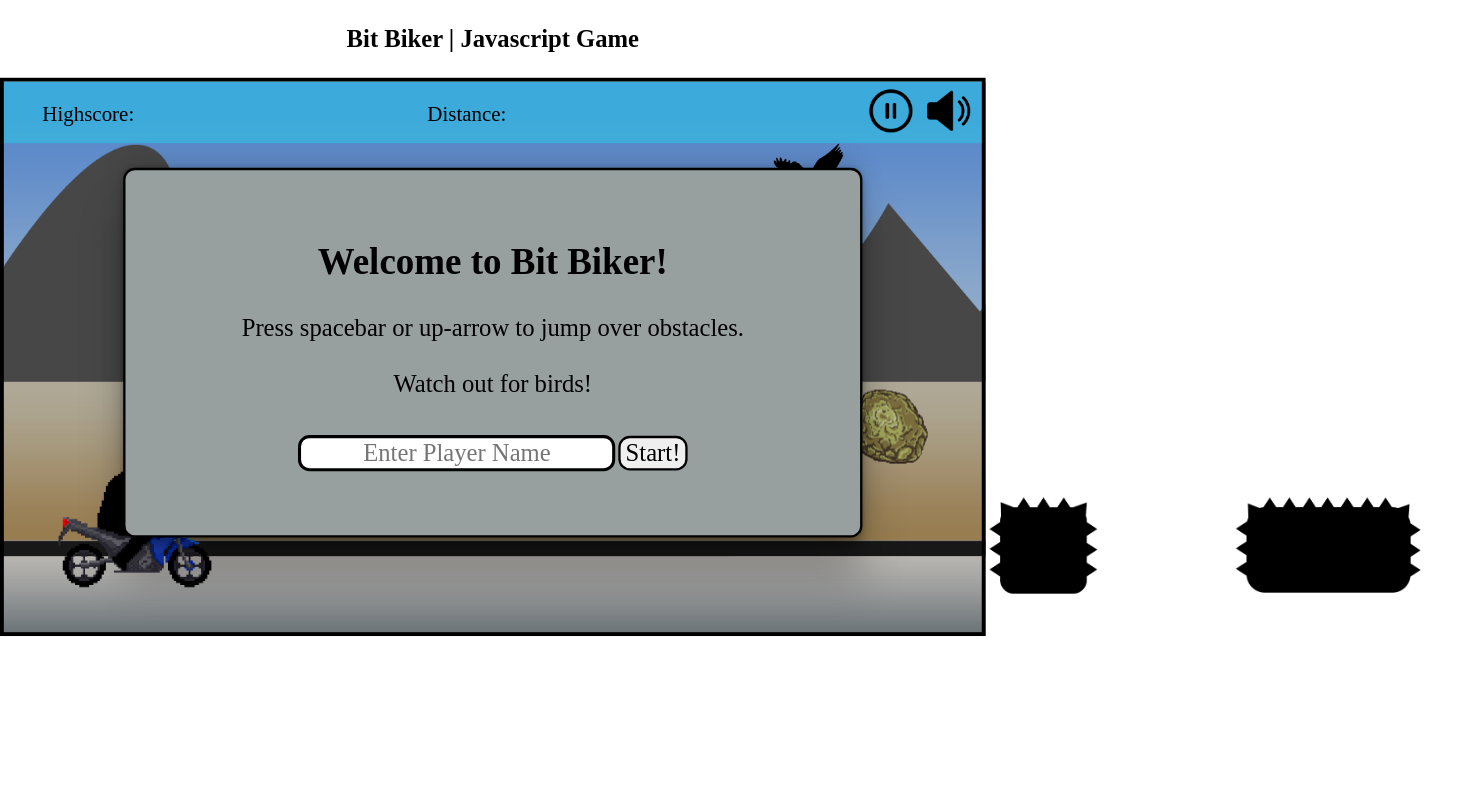
Repository: jellymel0n/bit-biker
Page: index.html
The author's editor kept a copy of each file at every save. The page is drawn from the files as they stood at one save, then again after the next save.
The browser window is 1280 px wide. The page is 1845 px wide, then 1895 px, so the pictures cover 1895 px, including what lies to the right of the window. The pictures show the whole page, at 77% of full size.

Above is the page before, as saved 2021-07-07 14:42:34.

### index.html
<!DOCTYPE html>
<html lang="en">
<head>
    <meta charset="UTF-8">
    <meta http-equiv="X-UA-Compatible" content="IE=edge">
    <meta name="viewport" content="width=device-width, initial-scale=1.0">
    <!-- CSS reset/normalize -->
    <link rel="stylesheet" href="styles/normalize-fwd.css">
    <!-- Local CSS -->
    <link rel="stylesheet" href="styles/styles.css">
    <title>Bit Biker | Javascript Game</title>
</head>
<body>
    <h1>Bit Biker | Javascript Game</h1>

    <main id="game-board">
        <div id="song">
            <audio id='song-playback' currentTime=''>
                <source src="assets/music/run-song.mp3" type="audio/mp3" />
                Your browser does not support audio playback
            </audio>
        </div>
        <!-- Game board header -->
        <div id='game-header'>
            <p id='highscore-text'>Highscore: </p>
            <p id='distance-text'>Distance: </p>
            <div id='btn-pause'>
                <img src="assets/graphics/icons/pause.png" alt="pause button, circle around a pause icon">
            </div>
            <div id='btn-volume'>
                <img src="assets/graphics/icons/volume.png" alt="volume button, speaker icon">
            </div>
            <div id="btn-mute">
                <img src='assets/graphics/icons/mute.png' alt='mute button, speaker icon crossed out'>
            </div>
        </div>
        <!-- End of game board header -->

        <!-- Splash screen - intro -->
        <div id='splash-screen'>
            <h2 id='splash-header'>Welcome to Bit Biker!</h2>
            <p id='splash-text'>Press spacebar or up-arrow to jump over obstacles.<br><br>Watch out for birds!</p>

            <div id="splashInput">
                <input id='player-name' type='text' placeholder='Enter Player Name'>
                <button id='savePlayer'>Start!</button>
            </div>
        </div>
        <!-- End of splash screen -->

        <!-- Pause Screen -->
        <div id="pause-screen">
            <h2>Game Paused</h2>
            <p id='pause-text'>
                To get gameplay instructions click the "Help" button<br>
                To quit the game and go back to the splash screen click "Quit".<br>
                To go back to the game, click "X" in the top corner.</p>
            <div id="pause-close">
                <img src="assets/graphics/icons/remove.png" alt="Close icon, an X with a circle around it.">
            </div>
            <div id="pause-btns">
                <div id="help-btn">
                    <p id="help-btn-text">Help</p>
                </div>
                <div id="quit-btn">
                    <p id="quit-text">Quit</p>
                </div>
            </div>
        </div>
        <!-- End of Pause Screen -->

        <!-- Help Screen -->
        <div id="help-screen">
            <h2>Gameplay Instructions</h2>
            <p id='help-text'>
                Press the spacebar or up arrow to jump, hold to jump higher.<br>
                Avoid obstacles in the road as well as birds flying above.<br>
                Rocks cannot hurt you, only spiked blocks and birds can.
                <br>
                To mute click the speaker icon in the top corner.
            </p>
            <div id="help-btns">
                <div id="resume-btn">
                    <p>Resume</p>
                </div>
                <div id="help-quit-btn">
                    <p id="quit-text">Quit</p>
                </div>
            </div>
        </div>
        <!-- End of Help Screen -->

    </main>

<!-- jQuery CDN script-->
<script src="https://code.jquery.com/jquery-3.6.0.min.js" integrity="sha256-/xUj+3OJU5yExlq6GSYGSHk7tPXikynS7ogEvDej/m4=" crossorigin="anonymous"></script>
<!-- Local JS script -->
<script src='scripts/script.js'></script>
</body>
</html>

### styles/styles.css
h1 {
    text-align: center;
    margin: 2rem auto;
}

#game-board {
    width: 80rem;
    height: 725px;
    border: 5px solid black;
    /* border-radius: 10%; */
    margin: 0 auto;
    position: relative;
    /* overflow: hidden; */
}

/* Game board header */
div#game-header {
    display: flex;
    justify-content: space-around;
    width: 100%;
    height: 5rem;
    background-color: rgba(1, 255, 255, 0.297);

}

#highscore-text,
#distance-text {
    position: absolute;
}

#highscore-text {
    font-size: 1.7rem;
    left: 50px;
}

#distance-text {
    font-size: 1.7rem;
    left: 550px;
}

#btn-pause img {
    position: absolute;
    width: 3.5rem;
    right: 90px;
    top: 10px;
}

#btn-pause img:hover {
    transform: scale(1.1);
    cursor: pointer;
}

#btn-volume img,
#btn-mute img {
    position: absolute;
    width: 3.5rem;
    right: 15px;
    top: 10px;
}

#btn-volume img:hover,
#btn-mute img:hover  {
    transform: scale(1.1);
    cursor: pointer;
}

#btn-mute {
    display: none;
}

/* end of game board header */

/* Splash screen styles */
#splash-screen {
    width: 60rem;
    height: 30rem;
    z-index: 5;
    margin: 2rem auto;
    border: 3px solid black;
    border-radius: 15px;
    align-content: center;
    background-color: rgb(152, 159, 159);
    box-shadow: rgba(0, 0, 0, 0.25) 0px 54px 55px, rgba(0, 0, 0, 0.12) 0px -12px 30px, rgba(0, 0, 0, 0.12) 0px 4px 6px, rgba(0, 0, 0, 0.17) 0px 12px 13px, rgba(0, 0, 0, 0.09) 0px -3px 5px;
}

#splash-screen h2 {
    text-align: center;
    font-size: 3rem;
}

#splash-text {
    text-align: center;
    font-size: 2rem;
    margin: 0 1rem;
}

#splashInput {
    text-align: center;
    margin-top: 3rem;
}

input[type=text] {
    border: 4px solid black;
    border-radius: 15px;
    font-size: 2rem;
    margin: 0 auto 2rem auto;
    text-align: center;
}

button#savePlayer {
    font-size: 2rem;
    color: black;
    border: 3px solid black;
    border-radius: 15px;
}

button#savePlayer:hover {
    transform: scale(1.1);
    cursor: pointer;
}
/* End of splash screen styles */

/* Pause and Help screen styles */

#pause-screen,
#help-screen {
    display: none;
    position: relative;
    z-index: 3;
    width: 60rem;
    height: 30rem;
    margin: 2rem auto;
    border: 3px solid black;
    border-radius: 15px;
    align-content: center;
    background-color: rgb(152, 159, 159);
    box-shadow: rgba(0, 0, 0, 0.25) 0px 54px 55px, rgba(0, 0, 0, 0.12) 0px -12px 30px, rgba(0, 0, 0, 0.12) 0px 4px 6px, rgba(0, 0, 0, 0.17) 0px 12px 13px, rgba(0, 0, 0, 0.09) 0px -3px 5px;
}

#pause-screen h2,
#help-screen h2 {
    text-align: center;
    font-size: 3rem;
}

#pause-text,
#help-text {
    text-align: center;
    font-size: 2rem;
    margin: 0 1rem;
}

#pause-close img {
    position: absolute;
    width: 3.5rem;
    left: 15px;
    top: 15px;
}

#pause-close img:hover {
    transform: scale(1.1);
    cursor: pointer;
}

#pause-btns,
#help-btns{
    display: flex;
    justify-content:center;
    margin-top: 3.6rem;
}

#help-btn,
#quit-btn,
#resume-btn,
#help-quit-btn {
    border: solid 3px black;
    text-align: center;
    width: 17%;
    border-radius: 10px;
    /* height: 4rem; */
    font-size: 2rem;
    vertical-align: middle;
    font-weight: bold;
    margin: 0 3rem 0 3rem;
}

#help-btn:hover,
#quit-btn:hover,
#resume-btn:hover,
#help-quit-btn:hover {
    transform: scale(1.1);
    cursor: pointer;
    background-color: black;
    color: azure;
}

/* End of Pause and Help Screen Styles */

/* Game Objects */
.player {
    position: absolute;
    background-size: contain;
    transform-origin: center center;
}

.obstacle {
    position: absolute;
    background-size: contain;
}

.bg-layer {
    position: absolute;
}

.bg-prop {
    position: absolute;
    background-size: contain;
}

### scripts/script.js
'use strict';

const game = {
    title: 'Bit Biker',
    isRunning: false,
    playerName: '',
    obstacles: [],
    pressedKeys: [],
    bgLayers: [],
    bgProps: [],
    players:[],
    loopDuration: [1000 / 60],
    speedDuration: 1000,
    speedFrame: null,
    lastKeyFrame: null,
    gravity: 90,
    gameLevel: 0,
    song: $('#song-playback')[0],
    getPlayerName: () => {
        game.playerName = $('#player-name').val();
    },
    pauseAudio: () => {
        let song = $('#song-playback');
        song.trigger("pause");
    },
    resetAudio: () => {
        let song = $('#song-playback');
        song [0].currentTime = 0;
        song.trigger("pause");

    },
    playAudio: () => {
        let song = $('#song-playback');
        song.trigger("play");
    },
    setup: () => {
        $(document).on('keydown',event => {
            if (event.which === 32) {
                event.preventDefault();
                if (game.pressedKeys.indexOf(32) < 0) {
                    game.pressedKeys.push(32);
                    console.log('spacebar down');
                    game.players[0].position[1] -= 10;
                }
            }
            else if (event.which === 38) {
                event.preventDefault();
                if (game.pressedKeys.indexOf(38) < 0) {
                    game.pressedKeys.push(38);
                    console.log('up-arrow down');
                }
            }
          });
        $(document).on('keyup', event => {
            if(event.which === 32 && game.pressedKeys.indexOf(32) >= 0) {
                game.pressedKeys.splice(game.pressedKeys.indexOf(32),1);
                game.pressedKeys= [];
                console.log('spacebar up');
            }
            else if (event.which === 38 && game.pressedKeys.indexOf(38) >= 0) {
                game.pressedKeys.splice(game.pressedKeys.indexOf(38),1);
                game.pressedKeys = [];
                console.log('up-arrow up');
            }
        });
    },

    startGame: (duration) => {
        if (duration > 0) {
            game.loopDuration = duration;
        }
        game.isRunning = true;
        window.requestAnimationFrame(game.animationFrameLoop);
    },

    stopGame: () => {
        game.isRunning = false;
        game.lastKeyFrame = null;
    },

    addBGLayer: (oBGLayer) => {
        const [left, top] = oBGLayer.position;
        const [width, height] = oBGLayer.dimensions;
        game.bgLayers.push(oBGLayer);
        const objectStyles =
            `<div id="bgLayer-${Date.now()}"
            class="${oBGLayer.classes}
            "style="width:${width}px;
            height:${height}px;
            left:${left}px;
            top:${top}px;
            background-image:url('${oBGLayer.backgroundImage}');
            z-index: -5;
            background-position-x:0px;
            background-position-y:0px;
            background-repeat: repeat-x;"
            </div>`;
        oBGLayer.$dom = $(objectStyles);
        $("#game-board").append(oBGLayer.$dom);
    },

    addBGProp: (oBGProp) => {
        const [left, top] = oBGProp.position;
        const [width, height] = oBGProp.dimensions;
        game.bgProps.push(oBGProp);
        const objectStyles =
            `<div id="bgLayer-${Date.now()}"
            class="${oBGProp.classes}
            "style="width:${width}px;
            height:${height}px;
            left:${left}px;
            top:${top}px;
            background-image:url('${oBGProp.backgroundImage}');
            z-index: -1;
            background-position-x:0px;
            background-position-y:0px;
            background-repeat: no-repeat;"
            </div>`;
        oBGProp.$dom = $(objectStyles);
        $("#game-board").append(oBGProp.$dom);
        oBGProp.$dom.css('transition',`all ${game.loopDuration / 1000}s`);
    },

    addObstacle: (oObstacle) => {
        const [left, top] = oObstacle.position;
        const [width, height] = oObstacle.dimensions;
        game.obstacles.push(oObstacle);
        const objectStyles =
            `<div id="obstacle-${Date.now()}"
            class="${oObstacle.classes}
            "style="width:${width}px;
            height:${height}px;
            left:${left}px;
            top:${top}px;
            background-image:url('${oObstacle.backgroundImage}');
            z-index: -1;
            background-position-x:0px;
            background-position-y:0px;
            background-repeat: no-repeat;"
            </div>`;
        oObstacle.$dom = $(objectStyles);
        $("#game-board").append(oObstacle.$dom);
        console.log(`Obstacle ${oObstacle} added`);
    },

    addPlayer: (oPlayer) => {
        const [left, top] = oPlayer.position;
        const [width, height] = oPlayer.dimensions;
        game.players.push(oPlayer);
        const objectStyles =
            `<div id="player-${Date.now()}"
            class="${oPlayer.classes}
            "style="width:${width}px;
            height:${height}px;
            left:${left}px;
            top:${top}px;
            background-image:url('${oPlayer.backgroundImage}');
            z-index: -1;
            background-position-x:0px;
            background-position-y:0px;
            background-repeat: no-repeat;"
            </div>`;
        oPlayer.$dom = $(objectStyles);
        $("#game-board").append(oPlayer.$dom);
    },

    animationFrameLoop: (ts) => {
        if (game.isRunning === false) {
            return;
        }
        if(game.lastKeyFrame === null) {
            game.lastKeyFrame = ts;
        }
        if(game.speedFrame === null) {
            game.speedFrame = ts;
        }
        if (ts - game.speedDuration > game.speedFrame) {

        }
        if (ts - game.loopDuration > game.lastKeyFrame) {
            const elapsedMSeconds = ts - game.lastKeyFrame;
            game.lastKeyFrame = ts;
            // Add updateposition to the obstacles, bglayers, bgprops, and player
            // console.log(`last key frame: ${game.lastKeyFrame}`);
            for (const player of game.players) {
                player.updatePosition(elapsedMSeconds);
            }
            for (const bg of game.bgLayers) {
                bg.updatePosition(elapsedMSeconds);
            }
            for (const prop of game.bgProps) {
                prop.updatePosition(elapsedMSeconds);
            }
            for (const obstacle of game.obstacles) {
                obstacle.updatePosition(elapsedMSeconds);
            }
            // if (song [0].currentTime > 0 && song [0].currentTime >= 48)
            // if (game.song.currentTime >= 5 && game.gameLevel === 0) {
            //     game.gameLevel++
            //     game.bgLayers[0].velocity -= 2;
            // }
            // if (game.song.currentTime >= 6 && game.gameLevel === 1) {
            //     game.gameLevel++
            //     game.bgLayers[0].velocity -= 2;
            // }
        }
            // if (song [0].currentTime = 0)
        window.requestAnimationFrame(game.animationFrameLoop);
    }

}



// Object classes

class Obstacle {
    constructor (
        position = [0, 0],
        dimensions = [50, 50],
        velocity = 0,
        classes = 'obstacle',
        backgroundImage = ""
     ) {
        this.position = position;
        this.dimensions = dimensions;
        this.velocity = velocity;
        this.classes = classes;
        this.backgroundImage = backgroundImage;
    }
    updatePosition(elapsedTimeMS = 1000) {
        const leftPosition = this.$dom.css("left");
        const newLeft =
          parseFloat(leftPosition.substr(0, leftPosition.length - 2)) +
          (this.velocity / 1000) * elapsedTimeMS;
        this.$dom.css("left", `${newLeft}px`);
    }
}

class BGLayer {
    constructor (
        position = [0, 0],
        dimensions = [100, 100],
        velocity = 0,
        classes = 'bg-layer',
        backgroundImage = ""
    ) {
        this.dimensions = dimensions;
        this.position = position;
        this.velocity = velocity;
        this.classes = classes;
        this.backgroundImage = backgroundImage;
    }
    updatePosition(elapsedTimeMS = 1000) {
        const leftPosition = this.$dom.css("background-position-x");
        const newLeft =
          parseFloat(leftPosition.substr(0, leftPosition.length - 2)) +
          (this.velocity / 1000) * elapsedTimeMS;
        this.$dom.css("background-position-x", `${newLeft}px`);
    }
}

class BGProp {
    constructor (
        position = [0, 0],
        dimensions = [100, 100],
        velocity = 0,
        classes = 'bg-prop',
        backgroundImage = ""
    ) {
        this.dimensions = dimensions;
        this.position = position;
        this.velocity = velocity;
        this.classes = classes;
        this.backgroundImage = backgroundImage;
    }
    updatePosition(elapsedTimeMS = 1000) {
        const leftPosition = this.$dom.css("left");
        const newLeft =
          parseFloat(leftPosition.substr(0, leftPosition.length - 2)) +
          (this.velocity / 1000) * elapsedTimeMS;
        this.$dom.css("left", `${newLeft}px`);
    }
}

class Player {
    constructor (
        position = [0, 0],
        dimensions = [100, 100],
        velocity = 0,
        classes = 'player',
        backgroundImage = "",
        jumpMax = 190
    ) {
        this.dimensions = dimensions;
        this.position = position;
        this.velocity = velocity;
        this.classes = classes;
        this.backgroundImage = backgroundImage;
        this.currentJump = 0;
        this.jumpMax = jumpMax;
        this.isJumping = false;
    }
    updatePosition(elapsedTimeMS = 500) {
        if(game.pressedKeys[0] === 32 && this.isJumping === false) {
            if(this.currentJump < this.jumpMax) {
                this.currentJump += 10;
                this.position[1] -= 25;
                this.$dom.css('transform', 'rotate(-45deg)');
                this.isJumping = true;
            }
        } else if (this.currentJump > 0) {
            this.isJumping = true;
            this.position[1] = this.currentJump * 0.9;
            this.currentJump = 0;
            this.jumpMax = 190;
            this.$dom.css('transform', 'rotate(0deg)');
            this.position[1] = 490;
        }
        if (this.currentJump >= this.jumpMax){
            this.$dom.css('transform', 'rotate(0deg)');
            this.position[1] = 490;
        }
        const currentPosition = this.$dom.position();
        this.velocity += game.gravity;
        let newTop = currentPosition.top + (this.velocity / 1000) * elapsedTimeMS;
        if (newTop > this.position[1]) {
            this.isJumping = false;
            this.velocity = 0;
            newTop = game.players[0].position[1];
        }
        this.$dom.css("top", `${newTop}px`);
    }
}

// End of object classes

// Object instantiation
const farBG = new BGLayer(
    [-5, 0], //position
    [1280, 390], //dimensions
    -25, //velocity
    undefined, // classes
    "assets/graphics/backgrounds/mountain-sky.png" //bg-image
);
game.addBGLayer(farBG);

const mediumBG = new BGLayer(
    [-5, 390],
    [1280, 206],
    -40,
    undefined,
    "assets/graphics/backgrounds/bg-background-floor.png"
);
game.addBGLayer(mediumBG);

const ground = new BGLayer(
    [-5, 596],
    [1280, 124],
    -100,
    "bg-layer bg-ground",
    "assets/graphics/backgrounds/bg-ground.png"
);
game.addBGLayer(ground);

const rock = new BGProp(
    [1100, 400],
    [100, 100],
    -100,
    undefined,
    "assets/graphics/backgrounds/rock.png"
);
game.addBGProp(rock);

const bird = new Obstacle(
    [1000, 80],
    [90, 100],
    -40,
    undefined,
    "assets/graphics/obstacles/bird.png"
);
game.addObstacle(bird);

const smallBlock = new Obstacle(
    [1280, 540],
    [140, 200],
    -100,
    undefined,
    "assets/graphics/obstacles/spiked-square.png"
);
game.addObstacle(smallBlock);

const largeBlock = new Obstacle(
    [1600, 540],
    [240, 300],
    -100,
    undefined,
    "assets/graphics/obstacles/spiked-rectangle.png"
);
game.addObstacle(largeBlock);

const player = new Player(
    [70, 490],
    [200, 450],
    0,
    undefined,
    "assets/graphics/player/biker.png"
);
game.addPlayer(player);


// Event Handlers
$('#savePlayer').on('click', () => {
    game.getPlayerName();
    $('#splash-screen').toggle();
    game.startGame();
    game.playAudio();
});

$('#btn-volume').on('click', () => {
    $('#btn-volume').toggle();
    $('#btn-mute').toggle();
    $('#song-playback').prop('muted', true);
})

$('#btn-mute').on('click', () => {
    $('#btn-volume').toggle();
    $('#btn-mute').toggle();
    $('#song-playback').prop('muted', false);
})

$('#btn-pause').on('click', () => {
    if (game.isRunning === true){
        game.pauseAudio();
        $('#pause-screen').toggle();
        game.stopGame();
    }
})

$('#pause-close').on('click', () => {
    $('#pause-screen').toggle();
    game.startGame();
    game.playAudio();

})

$('#help-btn').on('click', () => {
    $('#pause-screen').toggle();
    $('#help-screen').toggle();
})

$('#quit-btn').on('click', () => {
    game.resetAudio();
    $('#pause-screen').toggle();
    $('#splash-screen').toggle();
})

$('#resume-btn').on('click', () => {
    $('#help-screen').toggle();
    game.isRunning = true;
    game.playAudio();
})

$('#help-quit-btn').on('click', () => {
    $('#help-screen').toggle();
    $('#splash-screen').toggle();
    game.resetAudio();
})


game.setup();

Loaded but not shown: styles/normalize-fwd.css (library)

After the next save:
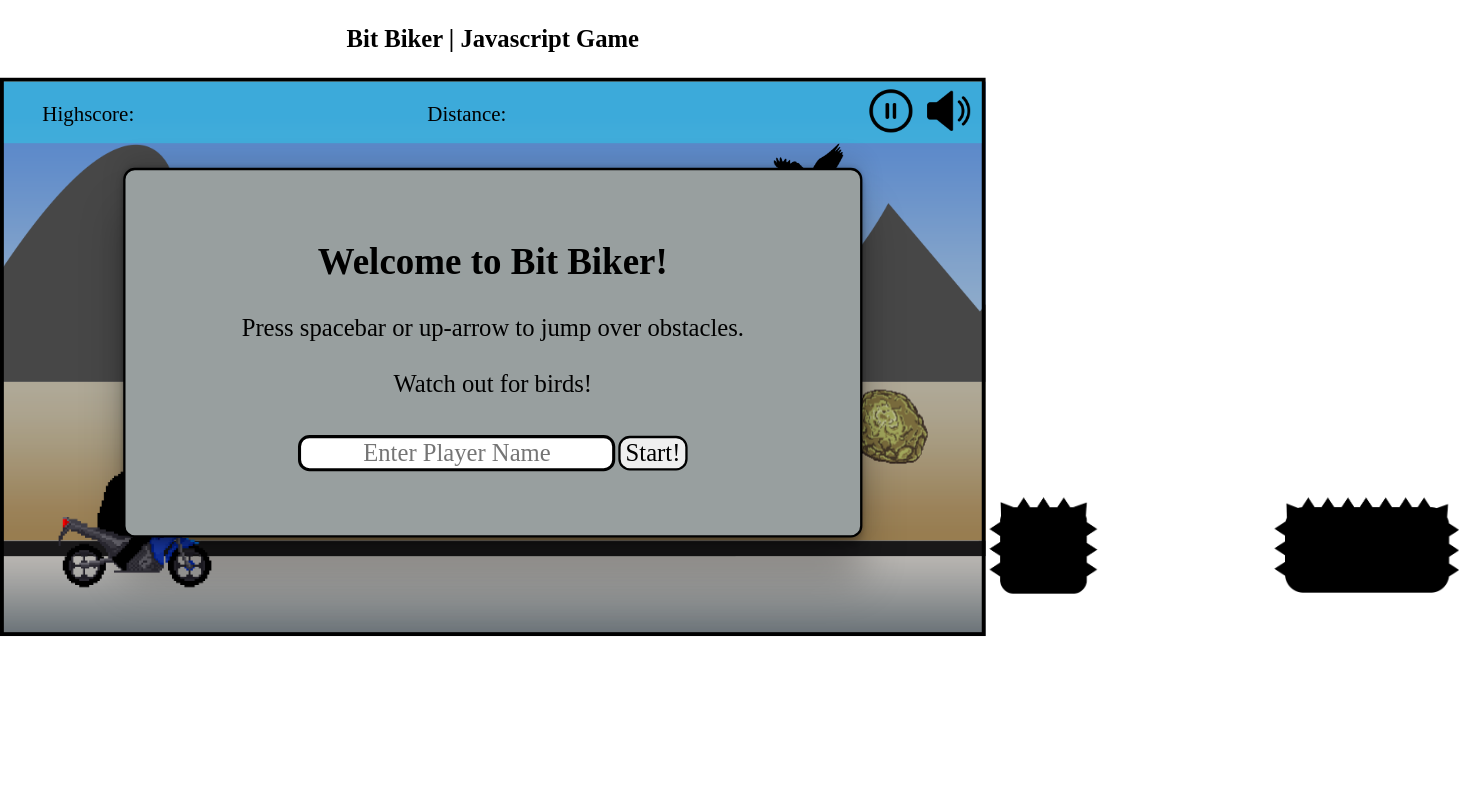
Saved 4 s later.
--- a/scripts/script.js
+++ b/scripts/script.js
@@ -391,7 +391,7 @@ const smallBlock = new Obstacle(
 game.addObstacle(smallBlock);
 
 const largeBlock = new Obstacle(
-    [1600, 540],
+    [1650, 540],
     [240, 300],
     -100,
     undefined,
